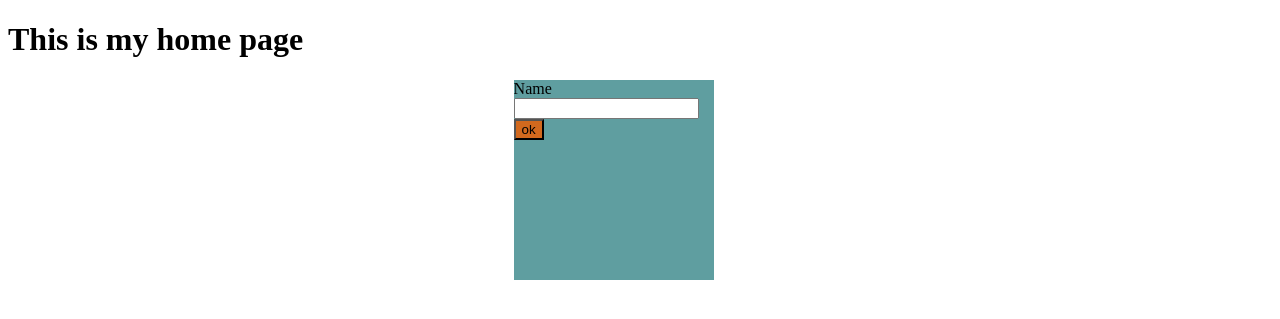
Repository: gautamsonam011/CMS
Page: http://localhost/home/
These files come from the project's save history. The page is drawn as it stood at one moment and after the next save; the edit follows.
The browser window is 1280 px wide. The pictures show the whole page.
The page is served by the project's application, run on Django 5.2 (manage.py). Other server files are loaded and not shown.

Above is the page before, as saved 2025-09-06 11:54:36.

### templates/home.html
<!DOCTYPE html>
<html lang="en">
<head>
    <meta charset="UTF-8">
    <meta name="viewport" content="width=device-width, initial-scale=1.0">
    <title>Home Page</title>
    <!-- internal css
    external css
    inline css -->
    <style>
        form{
            width:200px;
            height: 200px;
            background-color: cadetblue;
            margin-left: 40%;
        }
    </style>
</head>
<body>
    <h1>This is my home page</h1>
    <form action="" method="get">
        <label for="name" >Name</label>
        <input id="name" name="name" type="text">
        <input type="submit" value="ok" style="background-color: chocolate;">
    </form>
</body>
</html>

### CMS/views.py
# Here write your logical code
# This is a business logic layer
from django.http import HttpResponse
from django.shortcuts import render

def client_request_response(request):
    return HttpResponse("<h1>Hello Django Project</h1>")

def request_add_two_numbers(request):
    return HttpResponse("<h1>Add two numbers and sum = 78 </h1>")

def request_message(request):
    return HttpResponse("<h1>'Message type content' refers to either the actual data or text within a message (the content of the message) or, in a technical context, the definition of the structure and type of data a message can hold, such as MIME message types, SAP message types, or message types in programming languages like Java. The specific meaning depends on whether you're talking about the message's substance or its programmatic definition and structure. </h1>")

def my_first_template(request):
    return render(request, 'firstfile.html')

def my_home_page(request):
    return render(request, 'home.html')

### CMS/urls.py

from django.contrib import admin
from django.urls import path
from . import views

urlpatterns = [
    path('admin/', admin.site.urls),
    path("client/", views.client_request_response),
    path("add/", views.request_add_two_numbers),
    path('message/', views.request_message),
    path('first/', views.my_first_template),
    path('home/', views.my_home_page),
]

After the next save:
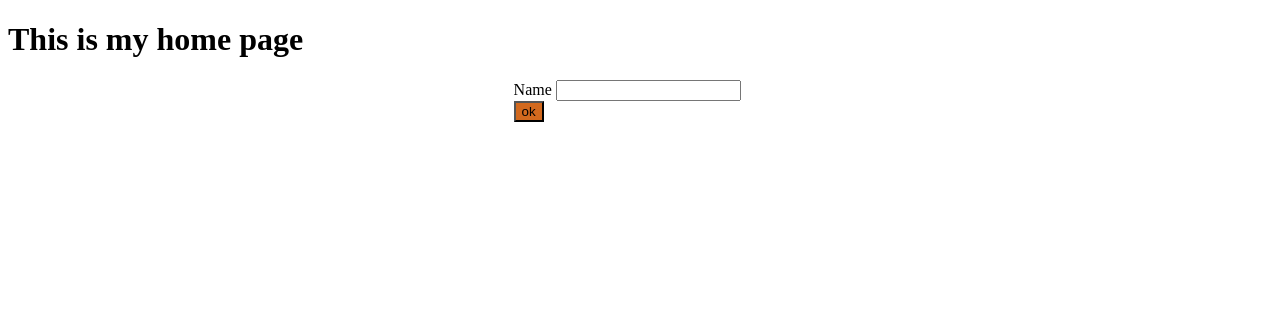
Saved 14 s later.
--- a/templates/home.html
+++ b/templates/home.html
@@ -9,8 +9,8 @@
     inline css -->
     <style>
         form{
-            width:200px;
-            height: 200px;
+            width:250px;
+            height: 00px;
             background-color: cadetblue;
             margin-left: 40%;
         }
